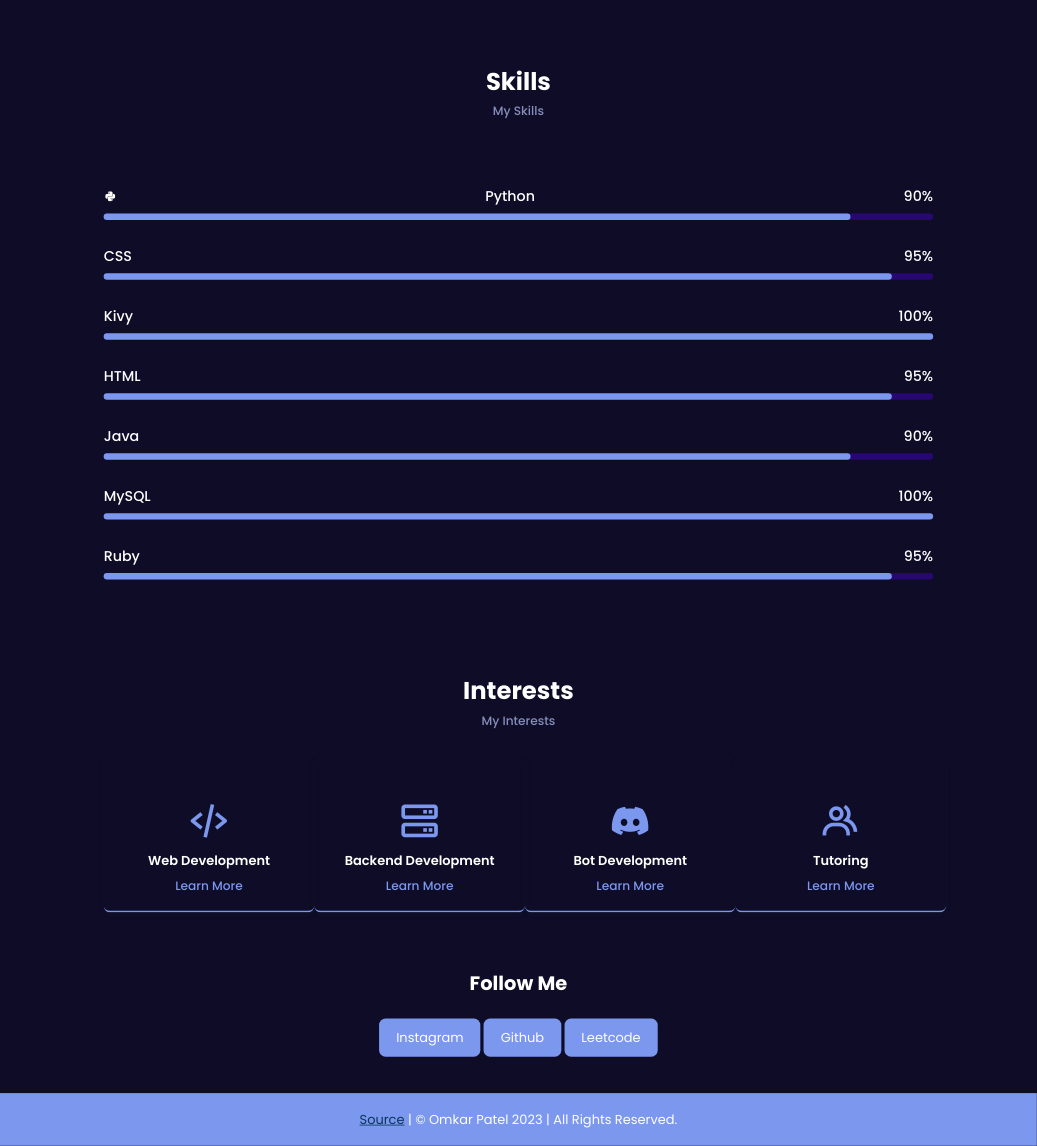
Repository: omkarxpatel/Omkar-Portfolio
Page: src/index.html
The author's editor kept a copy of each file at every save. The page is drawn from the files as they stood at one save, then again after the next save.
The browser window is 1280 px wide. The pictures show the part of the page from y = 1239 to 2654 px (the page is 2654 px tall), at 81% of full size.
A picture or video elsewhere on the page could not be fetched, so the positions and the page height are approximate.

Above is the page before, as saved 2023-03-25 17:52:59.

### src/index.html

<!DOCTYPE html>
<html lang="en">


<head>
    <meta charset="UTF-8">
    <meta http-equiv="X-UA-Compatible" content="IE=edge">
    <meta name="viewport" content="width=device-width, initial-scale=1.0">
    <title>Portfolio ∙ Omkar Patel</title>
    <link rel="stylesheet" href="style.css">
    <link rel="stylesheet" href="https://cdn.jsdelivr.net/npm/boxicons@latest/css/boxicons.min.css">
</head>

<body>
<!-- Navbar  Section Start -->
<header>
    <a href="#" class="logo">Omkar <span> Patel</span>.</a>

    <div class="bx bx-menu" id="menu-icon"></div>

    <ul class="navbar">
        <li><a href="#home">Home</a></li>
        <li><a href="#about">About</a></li>
        <li><a href="#skills">Skills</a></li>
        <li><a href="#interests">Interests</a></li>
        <li><a href="#contact">Contact</a></li>
        <div class="bx bx-sun" id="darkmode"></div>
    </ul>
</header>
<!-- Navbar Section End -->
<!-- Home Section Start -->
<section class="home" id="home">
    <div class="social">
        <a href="#contact"><i class='bx bxl-github'></i></a>
        <a href="#contact"><i class='bx bxl-instagram'></i></a>
        <a href="#about"><i class='bx bxl-gmail'></i></a>
    </div>
    <div class="home-img">
        <img src="main.png" alt="">
    </div>
    <div class="home-text">
        <span>Hello, I'm</span>
        <h1>Omkar Patel</h1>
        <h2>‎ </h2>
    </div>
</section>
<!-- Home Section End -->
<!-- About Section Start -->

<section class="about" id="about">
    <div class="heading">
        <h2>About Me</h2>
        <span>Introduction</span>
    </div>

    <div class="about-container">
        <div class="about-img">
          <img src="images/IMG_1715.png" alt="">
        </div>
        <div class="about-text">
            <p>Hi there, I'm Omkar Patel, an aspiring software developer who is 15 years old and currently studying at Lynbrook High School. I'll be graduating with the class of 2025. I started coding in 2021 using Python, and since then, I have developed a strong passion for programming. Apart from coding, I have a keen interest in playing music and practicing martial arts.
            </p>
            <div class="information">
                <div class="info-box">
                    <i class='bx bxs-user'></i>
                    <span>Omkar Patel</span>
                </div>

                <div class="info-box">
                    <i class='bx bxs-phone'></i>
                    <span>+1 (408) 313 6396</span>
                </div>

                <div class="info-box">
                    <i class='bx bxs-envelope'></i>
                    <span>omkarvpatel1234@gmail.com</span>
                </div>
            </div>
            <a href="#" onclick="window.open('https://mail.google.com/mail/u/0/?fs=1&tf=cm&source=mailto&to=omkarvpatel1234@gmail.com', '_blank');" class="btn">Send Email</a>
        </div>

    </div>
</section>
<!-- About Section End -->

<!-- Skills Section Start -->

<section class="skills" id="skills">
    <div class="heading">
        <h2>Skills</h2>
        <span>My Skills</span>
    </div>

    <div class="skills-container">
        <div class="bars">

            <div class="bars-box">
                <i class='bx bxl-python'></i>
                <h3>Python</h3>
                <span>90%</span>
                <div class="light-bar"></div>
                <div class="percent-bar python-bar"></div>
            </div>

            <div class="bars-box">
                <h3>CSS</h3>
                <span>95%</span>
                <div class="light-bar"></div>
                <div class="percent-bar css-bar"></div>
            </div>

          <div class="bars-box">
                <h3>Kivy</h3>
                <span>100%</span>
                <div class="light-bar"></div>
                <div class="percent-bar kivy-bar"></div>
            </div>

            <div class="bars-box">
                <h3>HTML</h3>
                <span>95%</span>
                <div class="light-bar"></div>
                <div class="percent-bar html-bar"></div>
            </div>

            <!-- <div class="bars-box">
                <h3>JavaScript</h3>
                <span>75%</span>
                <div class="light-bar"></div>
                <div class="percent-bar js-bar"></div>
            </div> -->

            <div class="bars-box">
                <h3>Java</h3>
                <span>90%</span>
                <div class="light-bar"></div>
                <div class="percent-bar java-bar"></div>
            </div>

            <!-- <div class="bars-box">
                <h3>Scratch</h3>
                <span>100%</span>
                <div class="light-bar"></div>
                <div class="percent-bar scratch-bar"></div>
            </div> -->

            <div class="bars-box">
                <h3>MySQL</h3>
                <span>100%</span>
                <div class="light-bar"></div>
                <div class="percent-bar mysql-bar"></div>
            </div>

            <div class="bars-box">
                <h3>Ruby</h3>
                <span>95%</span>
                <div class="light-bar"></div>
                <div class="percent-bar ruby-bar"></div>
            </div>
<!--
            <div class="bars-box">
                <h3>PHP</h3>
                <span>85%</span>
                <div class="light-bar"></div>
                <div class="percent-bar php-bar"></div>
            </div>

            <div class="bars-box">
                <h3>C</h3>
                <span>80%</span>
                <div class="light-bar"></div>
                <div class="percent-bar c-bar"></div>
            </div>

            <div class="bars-box">
                <h3>Arduino</h3>
                <span>90%</span>
                <div class="light-bar"></div>
                <div class="percent-bar ardruino-bar"></div>
            </div> -->

        </div>
        <!-- <div class="skills-img">
            <img src="main.png" alt="Skill">
        </div> -->
    </div>
</section>

<!-- Skills Section End -->
<!-- Services Section Start -->
<section class="interests" id="interests">
    <div class="heading">
        <h2>Interests</h2>
        <span>My Interests</span>
    </div>
    <div class="interests-content">

        <div class="interests-box">
            <i class='bx bx-code-alt'></i>
            <h3>Web Development</h3>
            <a href="#skills">Learn More</a>
        </div>

        <div class="interests-box">
            <i class='bx bx-server'></i>
            <h3>Backend Development</h3>
            <a href="#skills">Learn More</a>
        </div>

        <div class="interests-box">
            <i class='bx bxl-discord-alt'></i>
            <h3>Bot Development</h3>
            <a href="#skills">Learn More</a>
        </div>

        <div class="interests-box">
            <i class='bx bx-group'></i>
            <h3>Tutoring</h3>
            <a href="#skills">Learn More</a>
        </div>
    </div>
</section>
<!-- Services Section End -->

<!-- Contact Section Start -->
<!-- <section class="contact" id="contact">
    <div class="heading">
        <h2>Contact</h2>
        <span>Send Me A Message</span>
    </div>
    <div class="contact-form">
        <form action="scripts/contact_me.php" method="POST">
            <input type="text" placeholder="Your Name">
            <input type="email" name="" id="" placeholder="Your Email">
            <textarea name="" id="" cols="30" rows="10" placeholder="Write Message Here..."></textarea>
                                <input type="submit" value="Send" class="contact-button">
                                </form>
                            </div>
                            </section> -->
                            <!-- Contact Section End -->
                         <div class="footer">
                                <h2>Follow Me</h2>
                                <div class="footer-social">
                                    <a href="#contact" onclick="window.open('https://www.instagram.com/omkarvpatel', '_blank');" class="btn">Instagram</a>
                                    <a href="#contact" onclick="window.open('https://github.com/omkarxpatel', '_blank');" class="btn">Github</a>
                                    <a href="#contact" onclick="window.open('https://leetcode.com/omkarxpatel', '_blank');" class="btn">Leetcode</a>
                                <br><br></div>

                            </div>

                            <div class="copyright">
                                 <a id="src" href="https://github.com/omkarxpatel/Omkar-Portfolio">Source</a>
                                 | © Omkar Patel 2023 | All Rights Reserved.
                            </div>
</section>
<!-- Javascript -->
<script src="scripts/script.js"></script>
<script src="scripts/typing.js"></script>


</body>
</html>

### src/style.css

@import url("https://fonts.googleapis.com/css2?family=Poppins:wght@200;300;400;500;600;700&display=swap");

* {
  margin: 0;
  padding: 0;
  box-sizing: border-box;
  list-style: none;
  text-decoration: none;
  scroll-behavior: smooth;
  scroll-padding-top: 2rem;
  font-family: "Poppins", sans-serif;
}

:root {
  --main-color: #7B97EE;
  --text-color: #fff;
  --bg-color: #0f0c27;
  --hover: #868FBB;
  --big-font: 3.2rem;
  --medium-font: 1.8rem;
  --p-font: 0.941rem;
}

section {
  padding: 50px 10%;
}

body.active {
  --bg-color: #fff;
  --text-color: #0f0c27;
}

body {
  background: var(--bg-color);
  color: var(--text-color);
}

*::selection {
  color: var(--bg-color);
  background: var(--main-color);
}

.heading {
  text-align: center;
}

.heading h2 {
  font-size: 30px;
}

.heading span {
  font-size: var(--p-font);
  color: #868FBB;
}

header {
  position: fixed;
  width: 100%;
  top: 0;
  right: 0;
  z-index: 1000;
  display: flex;
  align-items: center;
  justify-content: space-between;
  background: var(--bg-color);
  padding: 13px 10%;
  transition: 0.2s;
  box-shadow: -3px -3px 7px #ffffff73,
    2px 2px 5px rgba(94, 104, 121, 0.288);
}

header.shadow {
  box-shadow: 0 0 4px rgb(14 55 54 / 15%);
}

.logo {
  font-size: 1.61rem;
  font-weight: 600;
  color: var(--text-color);
}

.logo span {
  font-size: 1.61rem;
  font-weight: 600;
  color: #868FBB;
}

.navbar {
  display: flex;
}

.navbar a {
  font-size: 1rem;
  padding: 10px 20px;
  color: var(--text-color);
  font-weight: 500;
}

.navbar a:hover {
  color: var(--hover);
}

#menu-icon {
  font-size: 24px;
  cursor: pointer;
  z-index: 10001;
  display: none;
}

#darkmode {
  font-size: 22px;
  cursor: pointer;
}

.home {
  position: relative;
  width: 100%;
  min-height: 100vh;
  display: grid;
  grid-template-columns: 0.2fr 1fr 1fr;
  align-items: center;
  gap: 1rem;
}

.home-img {
  order: 3;
}

.home-img img {
  width: 100%;
}

.home-text span {
  font-size: var(--medium-font);
  font-weight: 500;
}

.home-text h1 {
  font-size: var(--big-font);
}

.home-text h2 {
  font-size: 1.1rem;
  font-weight: 400;
}

.home-text p {
  font-size: var(--p-font);
  font-weight: 400;
  margin: 0.7rem 0 1rem;
}

.social {
  display: flex;
  flex-direction: column;
}

.social a {
  margin-bottom: 1rem;
  font-size: 22px;
  color: var(--text-color);
}

.social a:hover {
  color: var(--hover);
}

.btn {
  display: inline-block;
  background: var(--main-color);
  color: #fff;
  padding: 0.7rem 1.3rem;
  border-radius: 0.5rem;
}

.btn:hover {
  background: var(--hover);
}


.about-container {
  display: grid;
  grid-template-columns: repeat(2, 1fr);
  gap: 1rem;
  margin-top: 2rem;
}

.about-img img {
  width: 80%;
  border-radius: 0.5rem;
}

.about-text p {
  font-size: var(--p-font);
  font-weight: 400;
  text-align: justify;
}

.information {
  margin: 1rem 0 1.4rem;
}

.information .info-box {
  display: flex;
  align-items: center;
  margin-bottom: 1.4rem;
}

.information .info-box .bx {
  font-size: 22px;
}

.information .info-box span {
  font-weight: 400;
  margin-left: 1rem;
}


.skills-container {
  grid-template-columns: repeat(2, 1fr);
  align-items: center;
  gap: 2rem;
  margin-top: 4rem;
}

.bars-box {
  position: relative;
  display: flex;
  justify-content: space-between;
  align-items: center;
  padding: 1rem 0;
  margin-bottom: 1rem;
}


.bars-box h3,
span {
  font-size: 1.1rem;
  font-weight: 500;
}

.light-bar {
  position: absolute;
  bottom: 0;
  left: 0;
  width: 100%;
  height: 0.5rem;
  background: hsla(260, 100%, 44%, 0.4);
  border-radius: 0.5rem;

}

.percent-bar {
  position: absolute;
  bottom: 0;
  left: 0;
  height: 0.5rem;
  background: var(--main-color);
  border-radius: 0.5rem;

}

.python-bar {
  width: 90%;
}

.css-bar {
  width: 95%;
}

.html-bar {
  width: 95%;
}

.js-bar {
  width: 75%;
}

.java-bar {
  width: 90%;
}

.kivy-bar {
  width: 100%;
}

.scratch-bar {
  width: 100%;
}

.mysql-bar {
  width: 100%;
}

.ruby-bar {
  width: 95%;
}

.php-bar {
  width: 85%;
}

.c-bar {
  width: 80%;
}

.ardruino-bar {
  width: 90%;
}

.interests-content {
  display: grid;
  grid-template-columns: repeat(auto-fit, minmax(200px, auto));
  justify-content: center;
  gap: 1rem;
  margin-top: 2rem;
}

.interests-box {
  padding: 20px;
  width: 260px;
  display: flex;
  flex-direction: column;
  align-items: center;
  text-align: center;
  border-radius: 0.5rem;
  border-bottom: 2px solid var(--main-color);
  box-shadow: 0 2px 7px rgb(14 55 54 / 15%);
}

.interests-box:hover {
  background-color: #02225a;
}

.interests-box h3 {
  font-size: 1rem;
  font-weight: 600;
  margin: 0.7rem 0 0.4rem;
}

.interests-box:hover h3 {
  color: #fff;
}

.interests-box .bx {
  padding-top: 2rem;
  font-size: 54px;
  color: var(--main-color);
}

.interests-box:hover .bx {
  color: #868FBB;
}

.interests-box a {
  color: var(--main-color);
  font-size: var(--p-font);
  font-weight: 500;
}

.interests-box:hover a {
  color: #8b8a8f;
}

.contact-form {
  display: grid;
  place-items: center;
  margin-top: 2rem;
}

.contact-form form {
  display: flex;
  flex-direction: column;
  width: 650px;
}

form input,
textarea {
  padding: 15px;
  border-radius: 0.5rem;
  width: 100%;
  border: none;
  outline: none;
  background: hsla(260, 100%, 44%, 0.1);
  margin-bottom: 1rem;
  color: var(--text-color);
}

form input::placeholder,
textarea::placeholder {
  color: var(--text-color);
}

form textarea {
  resize: none;
  height: 200px;
}

.contact-button {
  width: 160px;
  cursor: pointer;
  background: #7B97EE;
  color: #fff;
  justify-content: center;
  text-transform: uppercase;
  letter-spacing: 1px;
  margin-left: 35%;
}

.contact-button:hover {
  background: var(--hover);
}

.footer {
  display: grid;
  place-items: center;
  padding: 20px;
  color: #000;
}

.footer h2 {
  font-size: 1.5rem;
  margin-bottom: 1.6rem;
  color: var(--text-color)
}

.footer-social a i {
  color: rgb(10, 26, 208);
  font-size: 25px;
  margin-left: 10px;
  text-align: center;
  line-height: 40px;
  background-color: #fff;
  border-radius: 50%;
  width: 40px;
  height: 40px;
}

.copyright {
  padding: 20px;
  background: var(--main-color);
  text-align: center;
  color: #fff;
}

.copyright a {
  color: #22cf91;
}

/* For Mobile */
@media (max-width: 991px) {
  header {
    padding: 18px 4%;
  }

  section {
    padding: 50px 4%;
  }
}

@media (max-width: 881px) {
  :root {
    --big-font: 2.7rem;
    --medium-font: 1.4rem;
  }
}

@media (max-width: 768px) {
  :root {
    --big-font: 2.4rem;
    --medium-font: 1.2rem;
  }

  header {
    padding: 11px 4%;
  }

  #menu-icon {
    display: initial;
    color: var(--text-color);
  }

  header .navbar {
    position: absolute;
    top: -500px;
    left: 0;
    right: 0;
    display: flex;
    flex-direction: column;
    background: var(--bg-color);
    box-shadow: 0 4px 4px rgb(0 0 0 / 10%);
    transition: 0.2s ease;
    text-align: center;
  }

  .navbar.active {
    top: 100%;
  }

  .navbar a {
    padding: 1.5rem;
    display: block;
    background: var(--bg-color);
  }

  #darkmode {
    position: absolute;
    top: 1.4rem;
    right: 2rem;
  }

  .scroll-down {
    display: none;
  }

  .home {
    grid-template-columns: 0.5fr 3fr;
  }

  .home-text {
    grid-column: 1/3;
    padding-left: 1.4rem;
  }

  .home-img {
    order: initial;
  }

  .about-container {
    grid-template-columns: 1fr;
  }

  .about-img {
    display: flex;
    justify-content: center;
  }

  .skills-container {
    grid-template-columns: 1fr;
  }

  /* .skills-img img {
    padding-left: 0;
  }

  .skills-img {
    padding-top: 2rem;
    display: flex;
    justify-content: center;
  } */

  .contact-form form {
    width: 300px;
  }

  .contact-button {
    margin-left: 25%;
  }
}

@media (max-width: 340px) {
  :root {
    --big-font: 1.7rem;
    --medium-font: 1.1rem;
  }

  .home-text span {
    font-size: 1rem;
  }

  .home-text h2 {
    font-size: 0.9rem;
    font-weight: 500;
  }

  .information .info-box span {
    font-size: 1rem;
  }

  .contact-form form {
    width: 300px;
  }

  .contact-button {
    margin-left: 25%;
  }
}

#src {
  color: rgb(9, 53, 88);
  text-decoration: underline;
}

### src/scripts/script.js
let header = document.querySelector("header");
let menu = document.querySelector("#menu-icon");
let navbar = document.querySelector(".navbar");

window.addEventListener("scroll", () => {
  header.classList.toggle("shadow", window.scrollY > 0);
});

menu.onclick = () => {
  navbar.classList.toggle("active");
};
window.onscroll = () => {
  navbar.classList.remove("active");
};

// Dark Mode / light mode
let darkmode = document.querySelector("#darkmode");

darkmode.onclick = () => {
  if (darkmode.classList.contains("bx-sun")) {
    darkmode.classList.replace("bx-sun", "bx-moon");
    document.body.classList.add("active");
  } else {
    darkmode.classList.replace("bx-moon", "bx-sun");
    document.body.classList.remove("active");
  }
};

### src/scripts/typing.js
const title = document.querySelector('.home-text h2');
const text = ["Highschool Student", "Coder", "Musician", "Martial Artist"];
let b = 0;

function type() {
  let i = 0;
  const intervalId = setInterval(() => {
    title.textContent += text[b].charAt(i);
    i++;
    if (i >= text[b].length) {
        b = (b + 1) % text.length;

        clearInterval(intervalId);
        setTimeout(() => {
            deleteText();
        }, 1000);
    }
  }, 100);
}

function deleteText() {
  const intervalId = setInterval(() => {
    title.textContent = title.textContent.slice(0, -1);
    if (title.textContent.length === 1) {
      clearInterval(intervalId);
      setTimeout(() => {
        type();
      }, 1000);
    }
  }, 75);
}

type();

After the next save:
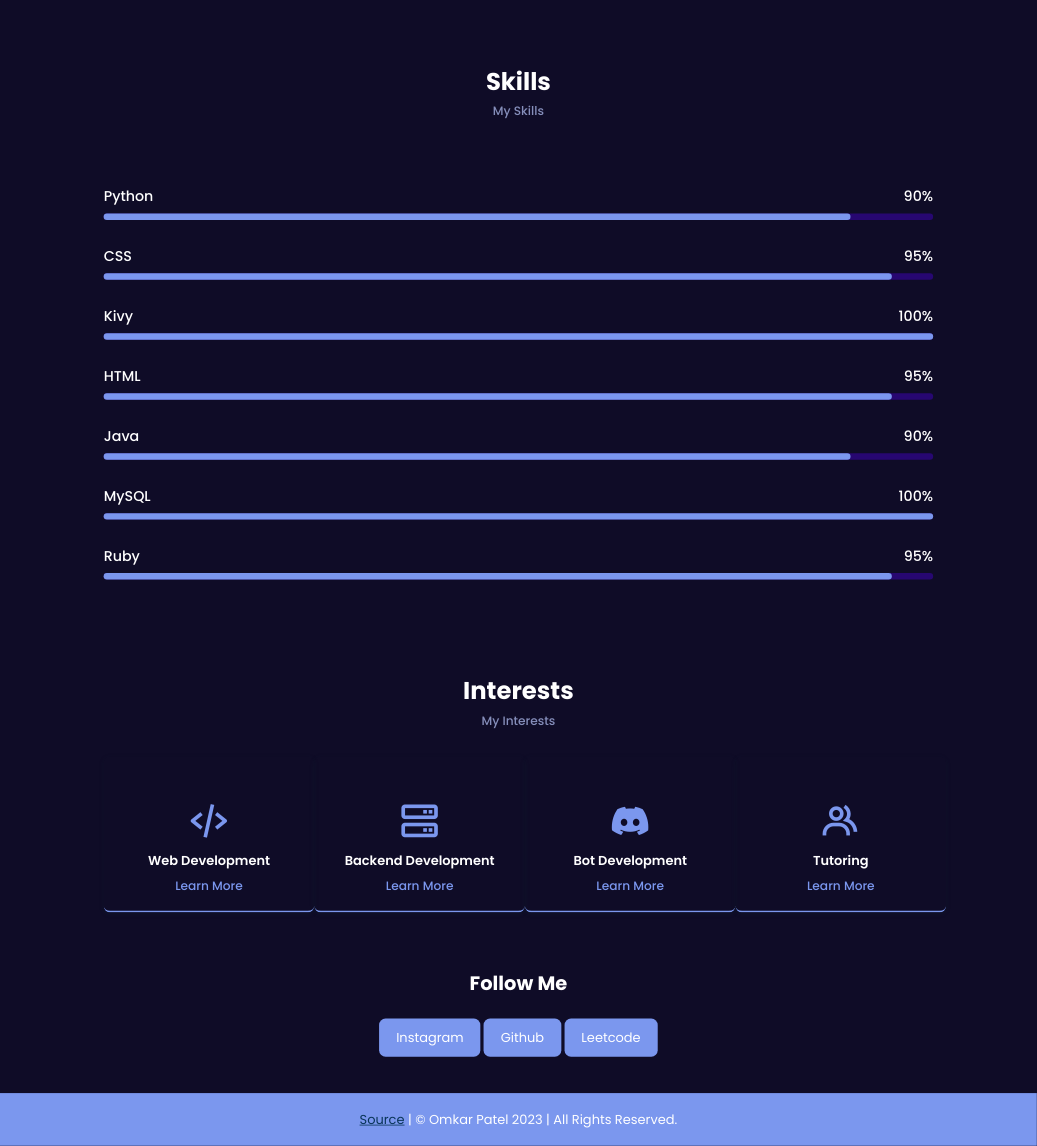
Saved 4 s later.
--- a/src/index.html
+++ b/src/index.html
@@ -96,7 +96,6 @@
         <div class="bars">
 
             <div class="bars-box">
-                <i class='bx bxl-python'></i>
                 <h3>Python</h3>
                 <span>90%</span>
                 <div class="light-bar"></div>
